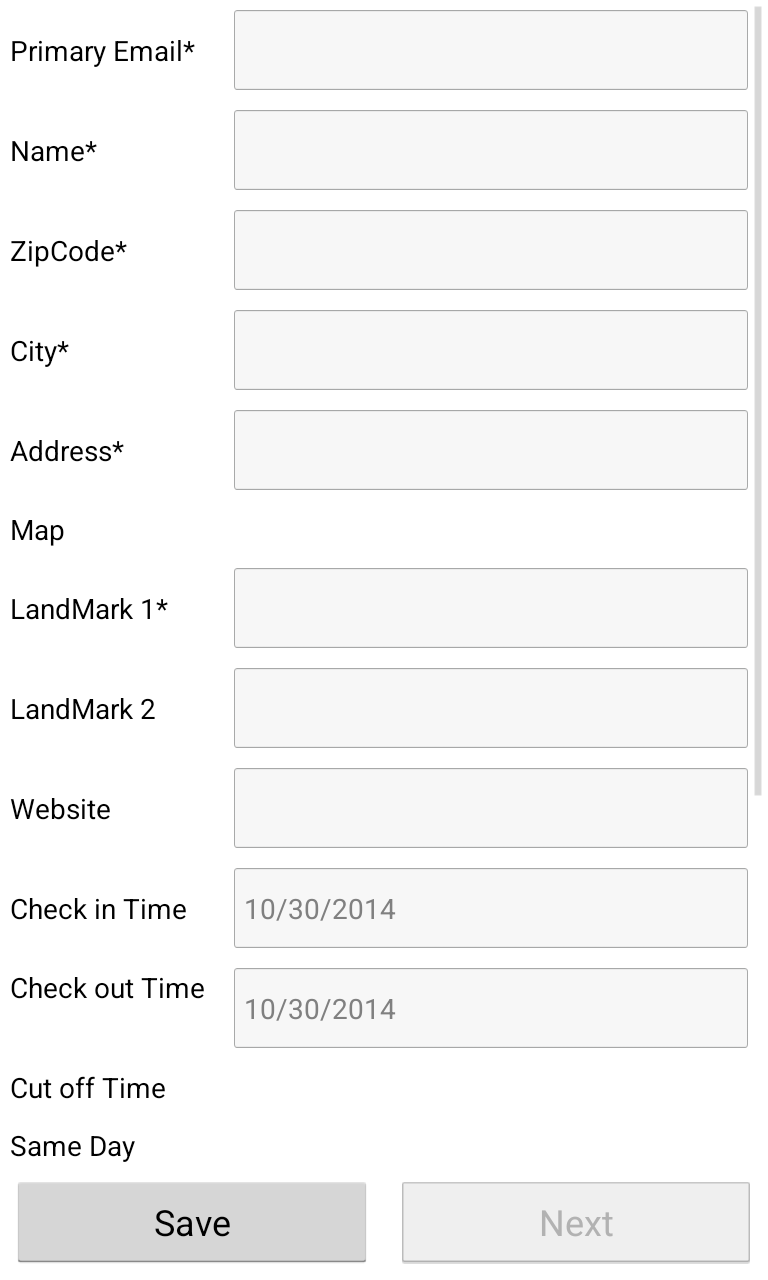
Repository: pankajk7/hotel_mockup
Layout: Hotel_MockUp/res/layout/hotel_creation_layout.xml
An editor plug-in stored every save of this project. The layout is shown before and after the next save, followed by the edit.
It is drawn on a 768 x 1280 px phone screen (xhdpi) without system bars, with theme AppTheme; the app's code is not run.

Above is the layout before, as saved 2014-11-05 11:35:35.

### Hotel_MockUp/res/layout/hotel_creation_layout.xml
<?xml version="1.0" encoding="utf-8"?>
<LinearLayout xmlns:android="http://schemas.android.com/apk/res/android"
    android:layout_width="fill_parent"
    android:layout_height="fill_parent"
    android:orientation="vertical" >

    <ScrollView
        android:layout_width="match_parent"
        android:layout_height="match_parent"
        android:layout_weight="1" >

        <LinearLayout
            android:layout_width="match_parent"
            android:layout_height="match_parent"
            android:orientation="vertical" >

            <LinearLayout
                android:layout_width="match_parent"
                android:layout_height="wrap_content"
                android:layout_margin="5dp"
                android:orientation="horizontal" >

                <TextView
                    android:layout_width="match_parent"
                    android:layout_height="match_parent"
                    android:layout_weight="2.5"
                    style="@style/textviewstyle"
                    android:gravity="center_vertical|left"
                    android:text="@string/primaryEmail"
                    android:textSize="14dp" />

                <EditText
                    android:id="@+id/edittext_hotel_creation_email"
                    android:layout_width="match_parent"
                    android:layout_height="40dp"
                    style="@style/edittextstyle"
                    android:layout_marginLeft="5dp"
                    android:layout_marginRight="5dp"
                    android:layout_weight="1"
                    android:inputType="textEmailAddress"
                    android:singleLine="true" />
            </LinearLayout>

            <LinearLayout
                android:layout_width="match_parent"
                android:layout_height="wrap_content"
                android:layout_margin="5dp"
                android:orientation="horizontal" >

                <TextView
                    android:layout_width="match_parent"
                    android:layout_height="match_parent"
                    android:layout_weight="2.5"
                    style="@style/textviewstyle"
                    android:gravity="center_vertical|left"
                    android:text="@string/name" />

                <EditText
                    android:id="@+id/edittext_hotel_creation_name"
                    android:layout_width="match_parent"
                   android:layout_height="40dp"
                    style="@style/edittextstyle"
                    android:layout_marginLeft="5dp"
                    android:layout_marginRight="5dp"
                    android:inputType="textPersonName"
                    android:layout_weight="1" />
            </LinearLayout>

            <LinearLayout
                android:layout_width="match_parent"
                android:layout_height="wrap_content"
                android:layout_margin="5dp"
                android:orientation="horizontal" >

                <TextView
                    android:layout_width="match_parent"
                    android:layout_height="match_parent"
                    android:layout_weight="2.5"
                    style="@style/textviewstyle"
                    android:gravity="center_vertical|left"
                    android:text="@string/zipcode" />

                <EditText
                    android:id="@+id/edittext_hotel_creation_zipcode"
                    android:layout_width="match_parent"
                    android:layout_height="40dp"
                    style="@style/edittextstyle"
                    android:layout_marginLeft="5dp"
                    android:layout_marginRight="5dp"
                    android:maxLength="6"
                    android:layout_weight="1"
                    android:inputType="number"
                    android:singleLine="true"/>
            </LinearLayout>

            <LinearLayout
                android:layout_width="match_parent"
                android:layout_height="wrap_content"
                android:layout_margin="5dp"
                android:orientation="horizontal" >

                <TextView
                    android:layout_width="match_parent"
                    android:layout_height="match_parent"
                    android:layout_weight="2.5"
                    style="@style/textviewstyle"
                    android:gravity="center_vertical|left"
                    android:text="@string/city" />

                <EditText
                    android:id="@+id/edittext_hotel_creation_city"
                    android:layout_width="match_parent"
                    android:layout_height="40dp"
                    style="@style/edittextstyle"
                    android:layout_marginLeft="5dp"
                    android:layout_marginRight="5dp"
                    android:layout_weight="1"
                    android:inputType="textPostalAddress"
                    android:singleLine="true" />
            </LinearLayout>

            <LinearLayout
                android:layout_width="match_parent"
                android:layout_height="wrap_content"
                style="@style/textviewstyle"
                android:layout_margin="5dp"
                android:orientation="horizontal" >

                <TextView
                    android:layout_width="match_parent"
                    android:layout_height="match_parent"
                    android:layout_weight="2.5"
                    style="@style/textviewstyle"
                    android:gravity="center_vertical|left"
                    android:text="@string/address" />

                <EditText
                    android:id="@+id/edittext_hotel_creation_address"
                    android:layout_width="match_parent"
                    android:layout_height="40dp"
                    style="@style/edittextstyle"
                    android:layout_marginLeft="5dp"
                    android:layout_marginRight="5dp"
                    android:layout_weight="1"
                    android:singleLine="true" />
            </LinearLayout>

            <LinearLayout
                android:layout_width="match_parent"
                android:layout_height="wrap_content"
                android:layout_margin="5dp"
                android:orientation="horizontal" >

                <TextView
                    android:layout_width="match_parent"
                    android:layout_height="match_parent"
                    android:layout_weight="2.5"
                    style="@style/textviewstyle"
                    android:gravity="center_vertical|left"
                    android:text="@string/map" />
            </LinearLayout>

            <LinearLayout
                android:layout_width="match_parent"
                android:layout_height="wrap_content"
                android:layout_margin="5dp"
                android:orientation="horizontal" >

                <TextView
                    android:layout_width="match_parent"
                    android:layout_height="match_parent"
                    android:layout_weight="2.5"
                    style="@style/textviewstyle"
                    android:gravity="center_vertical|left"
                    android:text="@string/landmark1" />

                <EditText
                    android:id="@+id/edittext_hotel_creation_landmark1"
                    android:layout_width="match_parent"
                    android:layout_height="40dp"
                    style="@style/edittextstyle"
                    android:layout_marginLeft="5dp"
                    android:layout_marginRight="5dp"
                    android:layout_weight="1"
                    android:singleLine="true" />
            </LinearLayout>

            <LinearLayout
                android:layout_width="match_parent"
                android:layout_height="wrap_content"
                android:layout_margin="5dp"
                android:orientation="horizontal" >

                <TextView
                    android:layout_width="match_parent"
                    android:layout_height="match_parent"
                    android:layout_weight="2.5"
                    style="@style/textviewstyle"
                    android:gravity="center_vertical|left"
                    android:text="@string/landmark2" />

                <EditText
                    android:id="@+id/edittext_hotel_creation_landmark2"
                    android:layout_width="match_parent"
                    android:layout_height="40dp"
                    style="@style/edittextstyle"
                    android:layout_marginLeft="5dp"
                    android:layout_marginRight="5dp"
                    android:layout_weight="1"
                    android:singleLine="true" />
            </LinearLayout>

            <LinearLayout
                android:layout_width="match_parent"
                android:layout_height="wrap_content"
                android:layout_margin="5dp"
                android:orientation="horizontal" >

                <TextView
                    android:layout_width="match_parent"
                    android:layout_height="match_parent"
                    android:layout_weight="2.5"
                    style="@style/textviewstyle"
                    android:gravity="center_vertical|left"
                    android:text="@string/website" />
                <EditText
                    android:id="@+id/edittext_hotel_creation_website"
                    android:layout_width="match_parent"
                    android:layout_height="40dp"
                    style="@style/edittextstyle"
                    android:layout_marginLeft="5dp"
                    android:layout_marginRight="5dp"
                    android:layout_weight="1"
                    android:singleLine="true" />
            </LinearLayout>

             <LinearLayout
                android:layout_width="match_parent"
                android:layout_height="wrap_content"
                android:layout_margin="5dp"
                android:orientation="horizontal" >

                <TextView
                   android:layout_width="match_parent"
                    android:layout_height="match_parent"
                    android:layout_weight="2.5"
                    style="@style/textviewstyle"
                    android:gravity="center_vertical|left"
                    android:text="@string/checkin" />

                <TextView
                    android:id="@+id/textview_hotel_creation_checkin"
                    android:layout_width="match_parent"
                    android:layout_height="40dp"
                    style="@style/edittextstyle"
                    android:layout_marginLeft="5dp"
                    android:layout_marginRight="5dp"
                    android:layout_weight="1"
                    android:gravity="center_vertical|left"
                    android:hint="10/30/2014"
                    android:singleLine="true" />

            </LinearLayout>



            <LinearLayout
                android:layout_width="match_parent"
                android:layout_height="wrap_content"
                android:layout_margin="5dp"
                android:orientation="horizontal" >

                <TextView
                    android:layout_width="match_parent"
                    android:layout_height="match_parent"
                    android:layout_weight="2.5"
                    style="@style/textviewstyle"
                    android:text="@string/checkout" />

                <TextView
                    android:id="@+id/textview_hotel_creation_checkout"
                    android:layout_width="match_parent"
                    android:layout_height="40dp"
                    style="@style/edittextstyle"
                    android:layout_marginLeft="5dp"
                    android:layout_marginRight="5dp"
                    android:layout_weight="1"
                    android:gravity="center_vertical|left"
                    android:hint="10/30/2014"
                    android:singleLine="true" />

            </LinearLayout>

            <LinearLayout
                android:layout_width="match_parent"
                android:layout_height="wrap_content"
                android:layout_margin="5dp"
                android:orientation="horizontal" >

                <TextView
                    android:layout_width="match_parent"
                    android:layout_height="match_parent"
                    android:layout_weight="4"
                    style="@style/textviewstyle"
                    android:text="@string/cutoff" />
            </LinearLayout>

            <LinearLayout
                android:layout_width="match_parent"
                android:layout_height="wrap_content"
                android:layout_margin="5dp"
                android:orientation="horizontal" >

                <TextView
                    android:layout_width="match_parent"
                    android:layout_height="match_parent"
                    android:layout_weight="2.5"
                    style="@style/textviewstyle"
                    android:gravity="center_vertical|left"
                    android:text="@string/sameday" />

            </LinearLayout>

            <LinearLayout
                android:layout_width="match_parent"
                android:layout_height="wrap_content"
                android:layout_margin="5dp"
                android:orientation="horizontal" >

                <TextView
                    android:layout_width="match_parent"
                    android:layout_height="match_parent"
                    android:layout_weight="4"
                    style="@style/textviewstyle"
                    android:text="@string/days" />
            </LinearLayout>

            <LinearLayout
                android:layout_width="match_parent"
                android:layout_height="wrap_content"
                android:layout_margin="5dp"
                android:orientation="horizontal" >

                <TextView
                    android:layout_width="match_parent"
                    android:layout_height="match_parent"
                    android:layout_weight="2.5"
                    style="@style/textviewstyle"
                    android:gravity="center_vertical|left"
                    android:text="@string/totalroom" />
                <EditText
                    android:id="@+id/edittext_hotel_creation_totalroom"
                    android:layout_width="match_parent"
                    android:layout_height="40dp"
                    style="@style/edittextstyle"
                    android:layout_marginLeft="5dp"
                    android:layout_marginRight="5dp"
                    android:layout_weight="1"
                    android:singleLine="true" />
            </LinearLayout>

            <LinearLayout
                android:layout_width="match_parent"
                android:layout_height="wrap_content"
                android:layout_margin="5dp"
                android:orientation="horizontal" >

                <TextView
                     android:layout_width="match_parent"
                    android:layout_height="match_parent"
                    android:layout_weight="2.5"
                    style="@style/textviewstyle"
                    android:gravity="center_vertical|left"
                    android:text="@string/facilities" />
            </LinearLayout>

            <LinearLayout
                android:layout_width="match_parent"
                android:layout_height="wrap_content"
                android:layout_margin="5dp"
                android:orientation="horizontal" >

                <TextView
                    android:layout_width="match_parent"
                    android:layout_height="match_parent"
                    android:layout_weight="2.5"
                    style="@style/textviewstyle"
                    android:gravity="center_vertical|left"
                    android:text="@string/Description" />
                <EditText
                    android:id="@+id/edittext_hotel_creation_description"
                    android:layout_width="match_parent"
                    android:layout_height="40dp"
                    style="@style/edittextstyle"
                    android:layout_marginLeft="5dp"
                    android:layout_marginRight="5dp"
                    android:layout_weight="1"
                    android:singleLine="true" />
            </LinearLayout>

            <LinearLayout
                android:layout_width="match_parent"
                android:layout_height="wrap_content"
                android:layout_margin="5dp"
                android:orientation="horizontal" >

                <TextView
                    android:layout_width="match_parent"
                    android:layout_height="match_parent"
                    android:layout_weight="2.5"
                    style="@style/textviewstyle"
                    android:gravity="center_vertical|left"
                    android:text="@string/twitterlink" />
                <EditText
                    android:id="@+id/edittext_hotel_creation_twitter"
                    android:layout_width="match_parent"
                    android:layout_height="40dp"
                    style="@style/edittextstyle"
                    android:layout_marginLeft="5dp"
                    android:layout_marginRight="5dp"
                    android:layout_weight="1"
                    android:singleLine="true" />
            </LinearLayout>

            <LinearLayout
                android:layout_width="match_parent"
                android:layout_height="wrap_content"
                android:layout_margin="5dp"
                android:orientation="horizontal" >

                <TextView
                    android:layout_width="match_parent"
                    android:layout_height="match_parent"
                    android:layout_weight="2.5"
                    style="@style/textviewstyle"
                    android:gravity="center_vertical|left"
                    android:text="@string/facebooklink" />
                <EditText
                    android:id="@+id/edittext_hotel_creation_facebook"
                    android:layout_width="match_parent"
                    android:layout_height="40dp"
                    style="@style/edittextstyle"
                    android:layout_marginLeft="5dp"
                    android:layout_marginRight="5dp"
                    android:layout_weight="1"
                    android:singleLine="true" />
            </LinearLayout>
        </LinearLayout>
    </ScrollView>

    <LinearLayout
        android:layout_width="match_parent"
        android:layout_height="wrap_content"
        android:layout_weight="0"
        android:gravity="center"
        android:orientation="horizontal">
        <Button
            android:id="@+id/button_hotel_cration_save"
            android:layout_width="match_parent"
            android:layout_height="match_parent"
            android:layout_weight="1"
            android:layout_margin="5dp"
            android:text="Save"/>
        <Button
            android:id="@+id/button_hotel_cration_next"
            android:layout_width="match_parent"
            android:layout_height="match_parent"
            android:layout_weight="1"
            android:layout_margin="5dp"
            android:text="Next"
            android:enabled="false"/>
    </LinearLayout>

</LinearLayout>

### Hotel_MockUp/res/values/styles.xml
<resources xmlns:android="http://schemas.android.com/apk/res/android">

    <!--
        Base application theme, dependent on API level. This theme is replaced
        by AppBaseTheme from res/values-vXX/styles.xml on newer devices.
    -->
    <style name="AppBaseTheme" parent="@android:style/Theme.Holo.Light">
        <!--
            Theme customizations available in newer API levels can go in
            res/values-vXX/styles.xml, while customizations related to
            backward-compatibility can go here.
        -->
    </style>

    <!-- Application theme. -->
    <style name="AppTheme" parent="@android:style/Theme.Holo.Light">
        <!-- All customizations that are NOT specific to a particular API-level can go here. -->
    </style>

    <style name="edittextstyle" parent="AppBaseTheme">
        <item name="android:background">@drawable/edittext_background</item>
        <item name="android:textColor">#000</item>
        <item name="android:padding">5dp</item>
    </style>

    <style name="textviewstyle" parent="AppBaseTheme">
        <item name="android:textColor">#000</item>
    </style>

</resources>

### Hotel_MockUp/res/values/strings.xml
<?xml version="1.0" encoding="utf-8"?>
<resources>

    <string name="app_name">Hotel MockUp</string>
    <string name="hello_world">Hello world!</string>
    <string name="title_activity_base">BaseActivity</string>
    <string name="steps">Steps %1$d of 4</string>
    <string name="primaryEmail">Primary Email*</string>
    <string name="name">Name*</string>
    <string name="zipcode">ZipCode*</string>
    <string name="city">City*</string>
    <string name="address">Address*</string>
    <string name="map">Map</string>
    <string name="landmark1">LandMark 1*</string>
    <string name="landmark2">LandMark 2</string>
    <string name="website">Website</string>
    <string name="checkin">Check in Time</string>
    <string name="checkout">Check out Time</string>
    <string name="cutoff">Cut off Time</string>
    <string name="sameday">Same Day</string>
    <string name="days">Days</string>
    <string name="totalroom">Total no. of rooms</string>
    <string name="facilities">Select Facilities</string>
    <string name="Description">Description</string>
    <string name="twitterlink">Twitter Link</string>
    <string name="facebooklink">Facebook Link</string>
    <string name="title_activity_information">InformationActivity</string>
    <string name="primary_contact_information">Primary Contact Information</string>
    <string name="primary_landline">Landline No.</string>
    <string name="primary_mobile">Mobile No.</string>
    <string name="primary_email">Email</string>
    <string name="billing_landline">LandLine No.</string>
    <string name="billing_mobile">Mobile No.</string>
    <string name="billing_email">mobile</string>
    <string name="owner_landline">LandLine No.</string>
    <string name="owner_mobile">Mobile No.</string>
    <string name="owner_email">mobile</string>
    <string name="billing_contact_information">Billing Contact Information</string>
    <string name="owner_contact_information">Owner Contact Information</string>
    <string name="title_activity_image">ImageActivity</string>
    <string name="title_activity_cancellation_policy">CancellationPolicyActivity</string>

    <string-array name="Days">
        <item>Day of arrival (Check in time)</item>
        <item>day 1</item>
        <item>day 2</item>
        <item>day 3</item>
        <item>day 7</item>
        <item>day 14</item>
    </string-array>
    <string-array name="Condition">
        <item>of the first night</item>
        <item>of the full stay</item>
    </string-array>

    <string name="condition_prompt">Select Days</string>

    <string name="title_activity_login">LoginActivity</string>

</resources>

### Hotel_MockUp/res/values-v11/styles.xml
<resources>

    <!--
        Base application theme for API 11+. This theme completely replaces
        AppBaseTheme from res/values/styles.xml on API 11+ devices.
    -->
    <style name="AppBaseTheme" parent="">
        <!-- API 11 theme customizations can go here. -->
    </style>

</resources>

### Hotel_MockUp/res/values-v14/styles.xml
<resources>

    <!--
        Base application theme for API 14+. This theme completely replaces
        AppBaseTheme from BOTH res/values/styles.xml and
        res/values-v11/styles.xml on API 14+ devices.
    -->
    <style name="AppBaseTheme" parent="">
        <!-- API 14 theme customizations can go here. -->
    </style>

</resources>

After the next save:
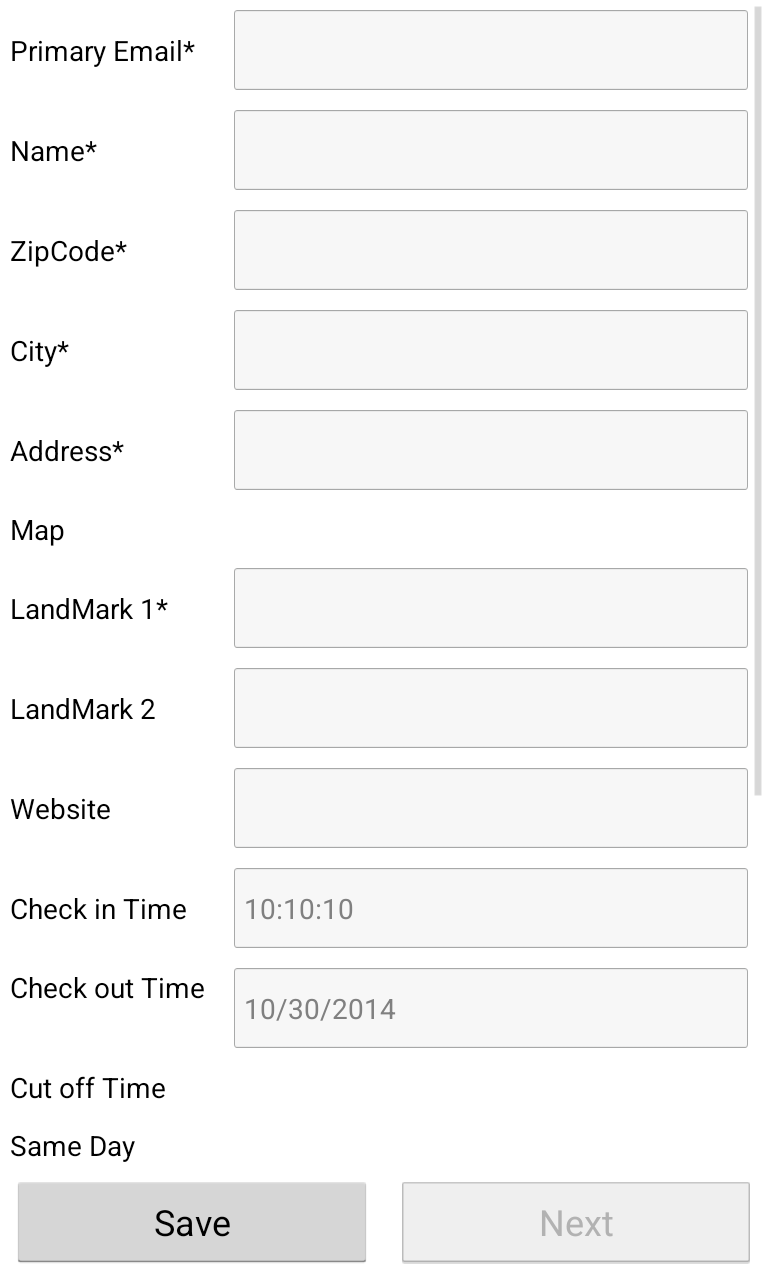
Saved 40 s later.
--- a/Hotel_MockUp/res/layout/hotel_creation_layout.xml
+++ b/Hotel_MockUp/res/layout/hotel_creation_layout.xml
@@ -257,7 +257,7 @@
                     android:layout_marginRight="5dp"
                     android:layout_weight="1"
                     android:gravity="center_vertical|left"
-                    android:hint="10/30/2014"
+                    android:hint="10:10:10"
                     android:singleLine="true" />
 
             </LinearLayout>
